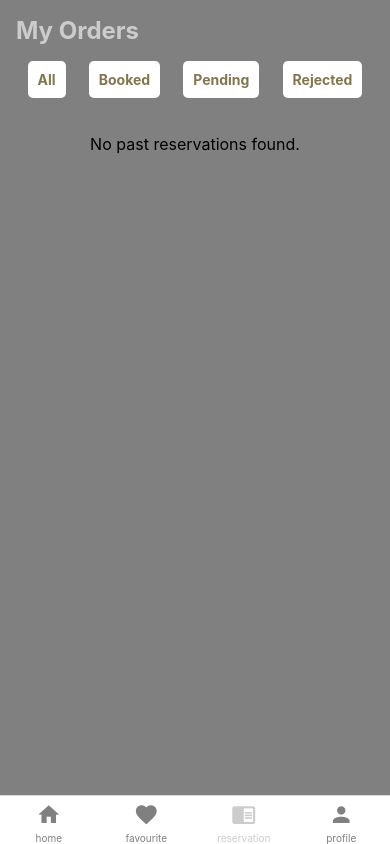
Repository: TemoshoS/restaurant-app
Screen: /reservation
An editor plug-in stored every save of this project. The screen is shown before and after a run of saves, followed by the edit.
The page's requests for data from a server got no answer. The app was drawn by React Native's web renderer in a window 390 px wide. The project was rebuilt for these pictures with package versions that can differ from the ones it lists, and the page was loaded fresh each time. No one was signed in, and anything a server would have sent is missing. Also part of the build but not shown: Screens/LoginScreen.js, Screens/RegisterScreen.js, components/navbar.js, components/search.js, Screens/RestaurantScreen.js, Screens/RestaurantDetailsScreen.js, Screens/MenuScreen.js, Screens/ReservationScreen.js and 5 more.

Above is the screen before, as saved 2024-01-04 12:13:11.

### App.js
// Import necessary components and modules
import React, { useEffect, useState } from 'react';
import { StyleSheet } from 'react-native';
import { NavigationContainer } from '@react-navigation/native';
import { createStackNavigator } from '@react-navigation/stack';
import { createBottomTabNavigator } from '@react-navigation/bottom-tabs';
import LoginScreen from './Screens/LoginScreen';
import HomeScreen from './Screens/HomeScreen';
import RegisterScreen from './Screens/RegisterScreen';
import RestaurantScreen from './Screens/RestaurantScreen';
import RestaurantDetailsScreen from './Screens/RestaurantDetailsScreen';
import MenuScreen from './Screens/MenuScreen';
import ReservationScreen from './Screens/ReservationScreen';
import PastReserevationScreen from './Screens/PastReserevationScreen';
import ProfileScreen from './Screens/ProfileScreen';
import store from './store/store';
import { Provider } from 'react-redux';
import MaterialCommunityIcons from 'react-native-vector-icons/MaterialCommunityIcons';
import FavoriteRestaurantScreen from './Screens/FavoriteRestaurantScreen';
import ForgotPasswordScreen from './Screens/ForgotPasswordScreen'
import Dashboard from './Screens/Dashboard';
import EditProfileScreen from './Screens/editProfileScreen';
import { auth } from './config/firebase';

const Stack = createStackNavigator();
const Tab = createBottomTabNavigator();

export default function App() {
  const [isAdmin, setIsAdmin] = useState(false);

  useEffect(() => {
    const checkAdminStatus = async () => {
      const user = auth.currentUser;
      const isAdminUser = user ? user.email === 'temosho@admin.co' : false;
      setIsAdmin(isAdminUser);
      console.log('isAdmin:', isAdminUser);
    };

    checkAdminStatus();
  }, []);

  function MainStack() {
    return (
      <Stack.Navigator initialRouteName='Welcome'>
        <Stack.Screen name="Restaurants" component={RestaurantScreen} options={{ headerShown: false }} />
        <Stack.Screen name='Welcome' component={HomeScreen} options={{ headerShown: false }} />
        <Stack.Screen name='editProfile' component={EditProfileScreen} options={{ headerShown: true }} />
        <Stack.Screen name='Login' component={LoginScreen} options={{ headerShown: false }} />
        <Stack.Screen name='Register' component={RegisterScreen} options={{ headerShown: false }} />
        <Stack.Screen name='Restaurant info' component={RestaurantDetailsScreen} options={{
          headerShown: true,
          headerStyle: {
            backgroundColor: '#fff',
          },
          headerTitle: 'Back',
          headerTitleStyle: {
            color: '#ccc',
            fontWeight: 'bold',
            fontSize: 18,
          },
          headerTintColor: '#F3EEEA',
          headerBackTitleVisible: false,
          headerBackImage: () => (
            <MaterialCommunityIcons name="arrow-left" size={24} color="#ccc" />
          ),
        }}  />
        <Stack.Screen name='Menu' component={MenuScreen} options={{
          headerShown: false,
          headerStyle: {
            backgroundColor: '#fff',
          },
          headerTitle: 'Back',
          headerTitleStyle: {
            color: '#ccc',
            fontWeight: 'bold',
            fontSize: 18,
          },
          headerTintColor: '#ccc',
          headerBackTitleVisible: false,
          headerBackImage: () => (
            <MaterialCommunityIcons name="arrow-left" size={24} color="#F3EEEA" />
          ),
        }} />
        {!isAdmin && (
          <Stack.Screen name='ReservationScreen' component={ReservationScreen} options={{
            headerShown: false,
            headerStyle: {
              backgroundColor: '#fff',
            },
            headerTitle: 'Back',
            headerTitleStyle: {
              color: '#ccc',
              fontWeight: 'bold',
              fontSize: 18,
            },
            headerTintColor: '#ccc',
            headerBackTitleVisible: false,
            headerBackImage: () => (
              <MaterialCommunityIcons name="arrow-left" size={24} color="ccc" />
            ),
          }}/>
        )}
        <Stack.Screen name='profile' component={ProfileScreen} options={{ headerShown: false }} />
        <Stack.Screen name='dashboard' component={Dashboard} options={{ headerShown: false }} />
        <Stack.Screen name='login' component={ForgotPasswordScreen} options={{ headerShown: true}} />
      </Stack.Navigator>
    );
  }

  function TabNavigator() {


    return (
      <Tab.Navigator
        tabBarOptions={{
          activeTintColor: '#ccc',
          inactiveTintColor: 'gray',
        }}
      >
        <Tab.Screen
          name="home"
          component={MainStack}
          options={{
            headerShown: false,
            tabBarIcon: ({ color, size }) => (
              <MaterialCommunityIcons name="home" color={color} size={size} />
            ),
          }}
        />
        {!isAdmin && (
          <Tab.Screen
            name="favourite"
            component={FavoriteRestaurantScreen}
            options={{
              headerShown: false,
              tabBarIcon: ({ color, size }) => (
                <MaterialCommunityIcons name="heart" color={color} size={size} />
              ),
            }}
          />
        )}
        {!isAdmin && (
          <Tab.Screen
            name="reservation"
            component={PastReserevationScreen}
            options={{
              headerShown: false,
              tabBarIcon: ({ color, size }) => (
                <MaterialCommunityIcons name="book-open" color={color} size={size} />
              ),
            }}
          />
        )}
        <Tab.Screen
          name="profile"
          component={ProfileScreen}
          options={{
            headerShown: false,
            tabBarIcon: ({ color, size }) => (
              <MaterialCommunityIcons name="account" color={color} size={size} />
            ),
          }}
        />
      </Tab.Navigator>
    );
  }

  return (
    <Provider store={store}>
      <NavigationContainer>
        <TabNavigator />
      </NavigationContainer>
    </Provider>
  );
}

const styles = StyleSheet.create({
  container: {
    flex: 1,
    backgroundColor: 'black',
    alignItems: 'center',
    justifyContent: 'center',
  },
});

### Screens/HomeScreen.js
import { StyleSheet, Text, View, Image, TouchableOpacity } from 'react-native'
import { useState, useEffect } from 'react';
import { FontAwesome } from '@expo/vector-icons';
import { getAuth, onAuthStateChanged } from 'firebase/auth';
import { useNavigation } from '@react-navigation/native';


const HomeScreen = () => {
    const [user, setUser] = useState(null);
    const navigation = useNavigation();

    useEffect(() => {
        const auth = getAuth();


        const unsubscribe = onAuthStateChanged(auth, (authUser) => {
          if (authUser) {
            setUser(authUser);
          } else {
            setUser(null);
          }
        });

        return () => unsubscribe();
      }, []);




  return (
      <View style={styles.container}>

          <View >
              <FontAwesome style={styles.circle} name="circle" size={140} color="#D9D9D9" />
          </View>

          <Image
              source={require('../assets/cartoon-1299636_1920.png')}
              style={{ width: 200, height: 265.56 }}
          />


          <Text style={styles.welcomeTxt}>Welcome!</Text>
          <Text style={styles.dineTxt}>Dine with your friends</Text>


          <View>
              <TouchableOpacity
                  style={styles.getButton}
                  onPress={() => {
                      if (user) {
                          navigation.navigate('Restaurants')
                      } else {
                          navigation.navigate('Login')
                      }
                  }}
              >
                  <Text style={styles.getTxt}>Get started</Text>

              </TouchableOpacity>
          </View>

      </View>
  )
}

export default HomeScreen

const styles = StyleSheet.create({
    container:{
        flex:1,

        height: 932,
        justifyContent: 'center',
        alignItems:'center',
        backgroundColor: '#fff',
    },
    circle:{
        marginLeft: 370,
        marginTop: -160,

    },
    welcomeTxt:{
        fontSize: 64,
        fontFamily: 'italiana',
        marginTop: 100,
        color: 'gray',

    },
    dineTxt:{
        fontSize: 20,
        fontFamily: 'Nothing You Could Do',
        marginBottom: 150,
        color: '#ccc',

    },
    getButton:{
        alignItems: 'center',
        justifyContent: 'center',
        backgroundColor: '#ccc',
        width: 250,
        height: 60,
        borderRadius: 30
    },
    getTxt:{
        color: '#fff',
        fontSize: 20,
        fontWeight:'bold'
    }
})

### Screens/PastReserevationScreen.js
import React, { useEffect, useState } from 'react';
import { connect } from 'react-redux';
import { fetchPastReservations } from '../actions/reserveAction';
import { StyleSheet, Text, View, ScrollView, TouchableOpacity } from 'react-native';
import { Table, Row } from 'react-native-table-component';
import { getAuth, onAuthStateChanged } from 'firebase/auth';

const PastReservationScreen = ({ pastReservations, fetchPastReservations }) => {
  const [currentUserId, setCurrentUserId] = useState(null);
  const [filterStatus, setFilterStatus] = useState(null);

  useEffect(() => {
    const auth = getAuth();
    const unsubscribe = onAuthStateChanged(auth, (user) => {
      if (user) {
        setCurrentUserId(user.uid);
        fetchPastReservations(user.uid);
      } else {
        setCurrentUserId(null);
      }
    });

    return () => unsubscribe();
  }, [fetchPastReservations]);

  const getStatusColor = (status) => {
    switch (status) {
      case 'booked':
        return 'green';
      case 'canceled':
        return 'red';
        case 'pending':
          return 'yellow';
          case 'rejected':
        return 'red';
      default:
        return '#E7E6E1';
    }
  };

  const handleFilter = (status) => {
    setFilterStatus(status);
  };

  const filteredReservations = filterStatus
    ? pastReservations.filter((reservation) => reservation.status === filterStatus)
    : pastReservations;

  return (
    <ScrollView style={styles.container}>
      <Text style={styles.title}>My Orders</Text>
    <View style={styles.filterButtonsContainer}>
      <TouchableOpacity
        style={styles.filterButton}
        onPress={() => handleFilter(null)}
      >
        <Text style={styles.filterButtonText}>All</Text>
      </TouchableOpacity>
      <TouchableOpacity
        style={styles.filterButton}
        onPress={() => handleFilter('booked')}
      >
        <Text style={styles.filterButtonText}>Booked</Text>
      </TouchableOpacity>
      <TouchableOpacity
        style={styles.filterButton}
        onPress={() => handleFilter('pending')}
      >
        <Text style={styles.filterButtonText}>Pending</Text>
      </TouchableOpacity>
      <TouchableOpacity
        style={styles.filterButton}
        onPress={() => handleFilter('rejected')}
      >
        <Text style={styles.filterButtonText}>Rejected</Text>
      </TouchableOpacity>
    </View>


    {filteredReservations.length > 0 ? (
      <View style={styles.tableContainer}>
        <Table borderStyle={{ borderWidth: 1, borderColor: '#C1C0B9' }}>
          {filteredReservations.map((reservation, index) => (
            <View key={index} style={styles.reservationCard}>
            <View style={styles.cardHeader}>
              <Text style={styles.reservationDate}>
                {reservation.dateTime}
                {/* {new Date(reservation.selectedDate.seconds * 1000).toLocaleDateString()} */}
              </Text>
              <Text style={styles.restaurantName}>{reservation.restName}</Text>
            </View>

            <Row
              data={['Location:', reservation.restLocation]}
              style={styles.tableRow}
              textStyle={styles.info}
            />
            <Row
              data={['Full Name:', reservation.fullName]}
              style={styles.tableRow}
              textStyle={styles.info}
            />
            <Row
              data={['Phone Number:', reservation.phone]}
              style={styles.tableRow}
              textStyle={styles.info}
            />
            <Row
              data={['Occasion:', reservation.occasion]}
              style={styles.tableRow}
              textStyle={styles.info}
            />
            <Row
              data={['Number of Guests:', reservation.numOfGuests]}
              style={styles.tableRow}
              textStyle={styles.info}
            />
            <Row
              data={['Status:', reservation.status]}
              style={[styles.tableRow, { backgroundColor: getStatusColor(reservation.status) }]}
              textStyle={styles.info}
            />
            {reservation.status === 'rejected' && (
              <Row
                data={['Reason:', reservation.reason]}
                style={styles.tableRow}
                textStyle={styles.info}
              />
            )}
          </View>
        ))}
      </Table>
    </View>
  ) : (
    <Text style={styles.emptyMessage}>No past reservations found.</Text>
  )}
</ScrollView>

  );
};

const mapStateToProps = (state) => ({
  pastReservations: state.reservation.pastReservations,
});

export default connect(mapStateToProps, { fetchPastReservations })(PastReservationScreen);

const styles = StyleSheet.create({
  container: {
    flex: 1,
    padding: 16,
    backgroundColor: 'gray',
  },
  filterButtonsContainer: {
    flexDirection: 'row',
    justifyContent: 'space-around',
    marginBottom: 16,
  },
  filterButton: {
    padding: 10,
    backgroundColor: '#fff',
    borderRadius: 5,
  },
  filterButtonText: {
    fontWeight: 'bold',
    color: '#83764F',
  },
  tableContainer: {
    marginTop: 16,
  },
  title: {
    fontSize: 24,
    fontWeight: 'bold',
    marginBottom: 16,
    color: '#ccc',
  },
  reservationCard: {
    backgroundColor: '#F3EEEA',
    borderRadius: 8,
    padding: 16,
    marginBottom: 16,
    shadowColor: '#000',
    shadowOffset: { width: 0, height: 2 },
    shadowOpacity: 0.2,
    shadowRadius: 4,
    elevation: 5,
  },
  cardHeader: {
    flexDirection: 'row',
    justifyContent: 'space-between',
    marginBottom: 12,

  },
  reservationDate: {
    fontSize: 18,
    color: '#83764F',
    fontWeight: 'bold',
  },
  restaurantName: {
    fontSize: 18,
    color: '#83764F',
    fontWeight: 'bold',
  },
  tableRow: {
    height: 40,
    backgroundColor: '#E7E6E1',
  },
  info: {
    fontSize: 16,
    textAlign: 'center',
  },
  emptyMessage: {
    fontSize: 16,
    textAlign: 'center',
    marginTop: 20,
  },
});

### store/store.js
import { createStore, applyMiddleware, combineReducers } from 'redux';
import thunk from 'redux-thunk';
import restaurantsReducer from '../reducers/restaurantsReducer';
import reserveReducer from '../reducers/reserveReducer';
import authReducer from '../reducers/authReducer';
import favoriteRestaurantsReducer from '../reducers/favoriteRestaurantsReducer';


const rootReducer = combineReducers({
  restaurants: restaurantsReducer,
  reservation: reserveReducer,
  auth: authReducer,
  favoriteRestaurants: favoriteRestaurantsReducer,

});

const store = createStore(rootReducer, applyMiddleware(thunk));

export default store;

### config/firebase.js
// Import the functions you need from the SDKs you need
import { initializeApp } from "firebase/app";
import { getAnalytics } from "firebase/analytics";

import {getAuth} from 'firebase/auth';
import {getFirestore} from 'firebase/firestore'
// TODO: Add SDKs for Firebase products that you want to use
// https://firebase.google.com/docs/web/setup#available-libraries

// Your web app's Firebase configuration
// For Firebase JS SDK v7.20.0 and later, measurementId is optional
const firebaseConfig = {
  apiKey: "AIzaSyDa4_cUmrR60k82VypxJ_US-F7FEiItCL4",
  authDomain: "restaurant-app-da7bc.firebaseapp.com",
  projectId: "restaurant-app-da7bc",
  storageBucket: "restaurant-app-da7bc.appspot.com",
  messagingSenderId: "598136487640",
  appId: "1:598136487640:web:f77577fdc1710db8c1a1ad",
  measurementId: "G-6D4DHL06Z0"
};

// Initialize Firebase
const app = initializeApp(firebaseConfig);
const analytics = getAnalytics(app);

const auth = getAuth(app)
const db = getFirestore(app)
export {auth, db}

### actions/authActions.js
import { sendPasswordResetEmail } from 'firebase/auth';
import { auth } from '../config/firebase';
import { getAuth, onAuthStateChanged, signOut } from 'firebase/auth';
export const LOGIN_SUCCESS = 'LOGIN_SUCCESS';
export const REGISTER_SUCCESS = 'REGISTER_SUCCESS';
export const FORGOT_PASSWORD_REQUEST = 'FORGOT_PASSWORD_REQUEST';
export const FORGOT_PASSWORD_SUCCESS = 'FORGOT_PASSWORD_SUCCESS';
export const FORGOT_PASSWORD_FAILURE = 'FORGOT_PASSWORD_FAILURE';
export const LOGOUT = 'LOGOUT';

export const loginSuccess = (user) => ({
  type: LOGIN_SUCCESS,
  payload: user,
});

export const registerSuccess = (user) => ({
  type: REGISTER_SUCCESS,
  payload: user,
});

export const forgotPasswordRequest = () => ({
  type: FORGOT_PASSWORD_REQUEST,
});

export const forgotPasswordSuccess = () => ({
  type: FORGOT_PASSWORD_SUCCESS,
});

export const forgotPasswordFailure = (error) => ({
  type: FORGOT_PASSWORD_FAILURE,
  payload: error,
});

export const forgotPassword = (email) => {
  return async (dispatch) => {
    dispatch(forgotPasswordRequest());

    try {
      await sendPasswordResetEmail(auth, email);
      dispatch(forgotPasswordSuccess());
    } catch (error) {
      dispatch(forgotPasswordFailure(error));
    }
  };
};

export const logout = () => ({
  type: LOGOUT,
});

### actions/restaurant.js
import { db } from "../config/firebase";
import { collection ,getDocs} from "firebase/firestore";

export const FETCH_RESTAURANTS = 'FETCH_RESTAURANTS';

export const fetchRestaurants = () => {
  return async (dispatch) => {
    const restaurantsCollection = collection(db, 'restaurants');
    const snapshot = await getDocs(restaurantsCollection);
    const restaurants = [];
    snapshot.forEach((doc) => {
      restaurants.push(doc.data());
    });
    dispatch({ type: FETCH_RESTAURANTS, payload: restaurants });
  };
};

### actions/reserveAction.js
import { db } from "../config/firebase";
import { collection, addDoc, getDocs, query, where } from "firebase/firestore";

export const RESERVE_SUCCESS = "RESERVE_SUCCESS";
export const RESERVE_FAILURE = "RESERVE_FAILURE";
export const FETCH_ALL_RESERVATIONS = 'FETCH_ALL_RESERVATIONS';
export const FETCH_PAST_RESERVATIONS = 'ETCH_PAST_RESERVATIONS';


export const reserveTable = (reservationData) => {
  return async (dispatch) => {
    try {
      // Save the reservation data to Firestore
      const ordersCollection = collection(db, "Orders");
      const docRef = await addDoc(ordersCollection, reservationData);


      dispatch({ type: RESERVE_SUCCESS, payload: docRef });
    } catch (error) {

      dispatch({ type: RESERVE_FAILURE, payload: error.message });
    }
  };
};

export const fetchPastReservations = (userId) => {
  return async (dispatch) => {
    try {

      //query to fetch reservations based on the userId
      const reservationsCollection = collection(db, 'Orders');
      const userQuery = query(reservationsCollection, where('userId', '==', userId));

      const snapshot = await getDocs(userQuery);

      const pastReservations = [];
      snapshot.forEach((doc) => {
        pastReservations.push(doc.data());
      });


      dispatch({ type: FETCH_PAST_RESERVATIONS, payload: pastReservations });
    } catch (error) {
      // Handle errors
      console.error('Error fetching past reservations:', error);
    }
  };
}


export const fetchAllReservations = () => {
  return async (dispatch) => {
    try {
      // Query to fetch all reservations
      const reservationsCollection = collection(db, 'Orders');
      const snapshot = await getDocs(reservationsCollection);
      const allReservations = [];

      snapshot.forEach((doc) => {
        allReservations.push(doc.data());
      });

      dispatch({ type: FETCH_ALL_RESERVATIONS, payload: allReservations });
    } catch (error) {
      console.error('Error fetching all reservations:', error);
    }
  };
};

### reducers/restaurantsReducer.js
import { FETCH_RESTAURANTS } from "../actions/restaurant";


const initialState = {
    restaurants: [],
};

const restaurantsReducer = (state = initialState, action) =>{

    switch (action.type) {
        case FETCH_RESTAURANTS:
          return { ...state, restaurants: action.payload };
        default:
          return state;
      }


};

export default restaurantsReducer;

### reducers/reserveReducer.js
import { RESERVE_SUCCESS, RESERVE_FAILURE, FETCH_PAST_RESERVATIONS,FETCH_ALL_RESERVATIONS } from "../actions/reserveAction";

const initialState = {
  reservationSuccess: null,
  reservationError: null,
  pastReservations: [],
  allReservations: [],
  loading: false,
};

const reserveReducer = (state = initialState, action) => {
  switch (action.type) {
    case RESERVE_SUCCESS:
      return { ...state, reservationSuccess: action.payload, reservationError: null };
    case RESERVE_FAILURE:
      return { ...state, reservationSuccess: null, reservationError: action.payload };
    case FETCH_PAST_RESERVATIONS:
      return { ...state, pastReservations: action.payload };
      case FETCH_ALL_RESERVATIONS:
        return { ...state, allReservations: action.payload, loading: false };
    default:
      return state;
  }
};

export default reserveReducer;

### reducers/authReducer.js
import {
  LOGIN_SUCCESS,
  REGISTER_SUCCESS,
  LOGOUT ,
  FORGOT_PASSWORD_REQUEST,
  FORGOT_PASSWORD_SUCCESS,
  FORGOT_PASSWORD_FAILURE,} from '../actions/authActions';

const initialState = {
  user: null,
  isAuthenticated: false,
  forgotPasswordLoading: false,
  forgotPasswordSuccess: false,
  forgotPasswordError: null,

};

const authReducer = (state = initialState, action) => {
  switch (action.type) {
    case LOGIN_SUCCESS:
    case REGISTER_SUCCESS:
      return {
        ...state,
        user: action.payload,
        isAuthenticated: true,
      };
      case FORGOT_PASSWORD_REQUEST:
        return {
          ...state,
          forgotPasswordLoading: true,
          forgotPasswordSuccess: false,
          forgotPasswordError: null,
        };
      case FORGOT_PASSWORD_SUCCESS:
        return {
          ...state,
          forgotPasswordLoading: false,
          forgotPasswordSuccess: true,
          forgotPasswordError: null,
        };
      case FORGOT_PASSWORD_FAILURE:
      return {
        ...state,
        forgotPasswordLoading: false,
        forgotPasswordSuccess: false,
        forgotPasswordError: action.payload,
      };
    case LOGOUT:
      return {
        ...state,
        user: null,
        isAuthenticated: false,
      };
    default:
      return state;
  }
};

export default authReducer;

### reducers/favoriteRestaurantsReducer.js
import { FETCH_FAV_RESTAURANTS } from "../actions/favoriteRestaurantActions";


const initialState = {
    favRestaurants: [],
};

const favRestaurantsReducer = (state = initialState, action) =>{

    switch (action.type) {
        case FETCH_FAV_RESTAURANTS:
          return { ...state, favRestaurants: action.payload };
        default:
          return state;
      }


};

export default favRestaurantsReducer;

### actions/favoriteRestaurantActions.js
import { db } from "../config/firebase";
import { collection ,getDocs} from "firebase/firestore";

export const FETCH_FAV_RESTAURANTS = 'FETCH_FAV_RESTAURANTS';

export const fetchFavouriteRestaurants = () => {
  return async (dispatch) => {
    const restaurantsCollection = collection(db, 'favouriteRestaurants');
    const snapshot = await getDocs(restaurantsCollection);
    const favRestaurants = [];
    snapshot.forEach((doc) => {
      favRestaurants.push(doc.data());
    });
    dispatch({ type: FETCH_FAV_RESTAURANTS, payload: favRestaurants });
  };
};

After the next 2 saves:
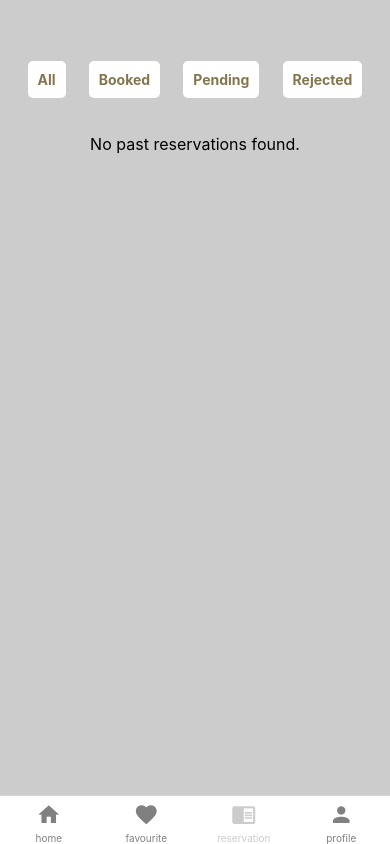
The 2 saves are shown as one change because they came seconds apart.
The last was saved 17 s later.
--- a/Screens/PastReserevationScreen.js
+++ b/Screens/PastReserevationScreen.js
@@ -149,7 +149,7 @@ const styles = StyleSheet.create({
   container: {
     flex: 1,
     padding: 16,
-    backgroundColor: 'gray',
+    backgroundColor: '#ccc',
   },
   filterButtonsContainer: {
     flexDirection: 'row',
